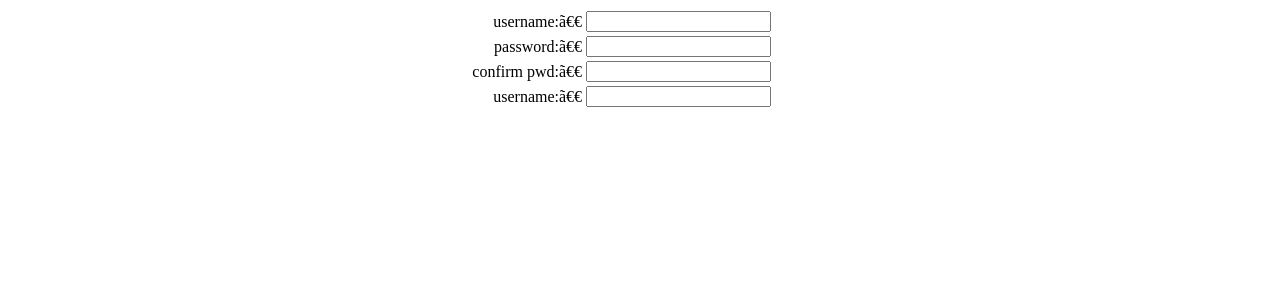
Repository: GetHubByYc/MyEclipse
Page: http://localhost/CheckLogin/reg.jsp
An editor plug-in stored every save of this project. The page is shown before and after the next save, followed by the edit.
The browser window is 1280 px wide. The pictures show the whole page.
The page is served by Tomcat 9.

Above is the page before, as saved 2015-11-13 14:08:13.

After the next save:
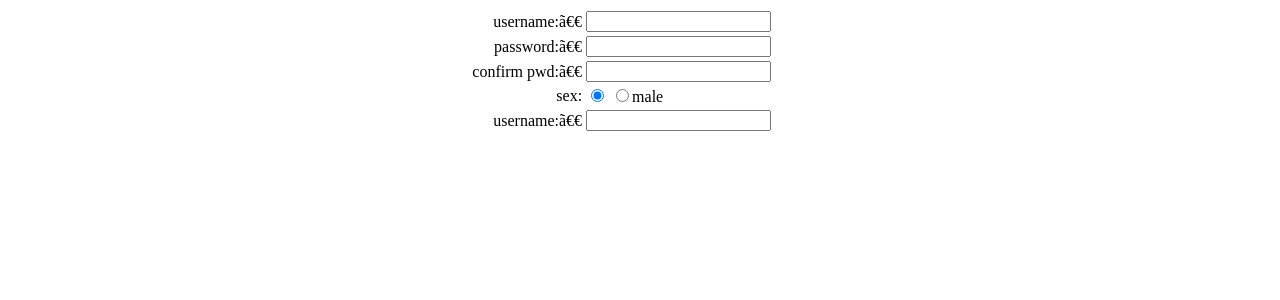
Saved 95 s later.
--- a/CheckLogin/WebRoot/reg.jsp
+++ b/CheckLogin/WebRoot/reg.jsp
@@ -31,6 +31,14 @@
     		<td><input type="text" name="repwd" ></td>
     	</tr>
     	<tr>
+    		<td align="right">sex: </td>
+    		<td>
+    			<input type="radio" name="sex" value="male" checked="checked">
+    			<input type="radio" name="sex" value="fmale">male
+    		</td>
+
+    	</tr>
+    	<tr>
     		<td align="right">username:　</td>
     		<td><input type="text" name="username" ></td>
     	</tr>
